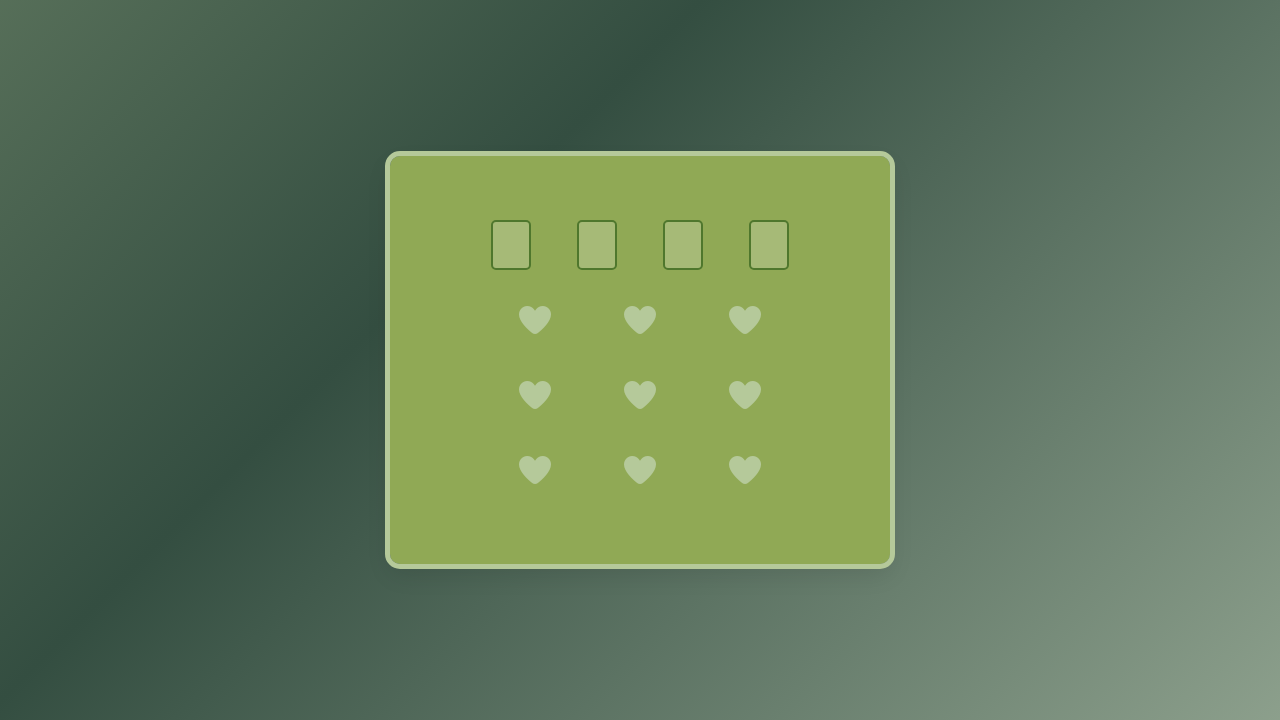
Repository: jahatesu/project-cutie
Page: index.html
An editor plug-in stored every save of this project. The page is shown before and after the next save, followed by the edit.
The browser window is 1280 px wide. The pictures show the whole page.
Some web libraries are served in a nearby version.

Above is the page before, as saved 2025-08-14 21:21:51.
Console error: TypeError: Cannot read properties of null (reading 'getBoundingClientRect')

After the next save:
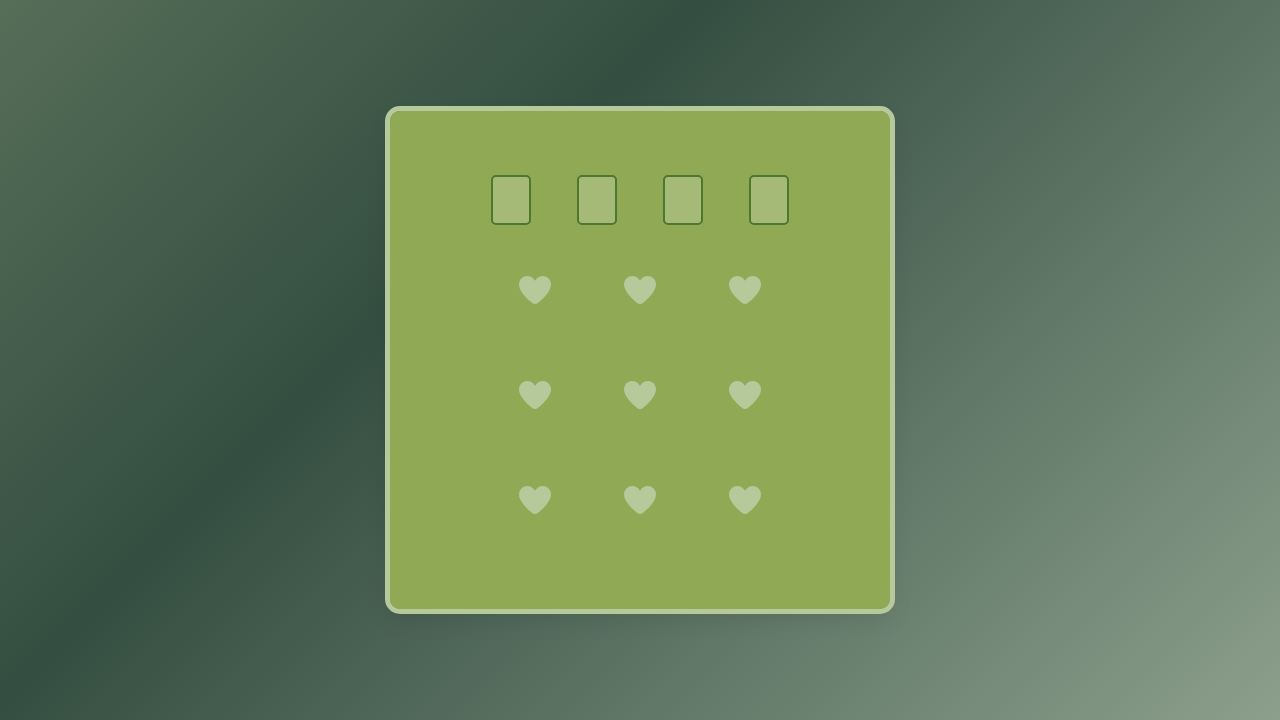
Saved 5 s later.
--- a/style.css
+++ b/style.css
@@ -85,7 +85,7 @@
 .heart-pad button {
   position: relative;
   width: 90px;
-  height: 60px;
+  height: 90px;
   background: none;        /* remove default button background */
   border: none;
   cursor: pointer;

After the save that followed:
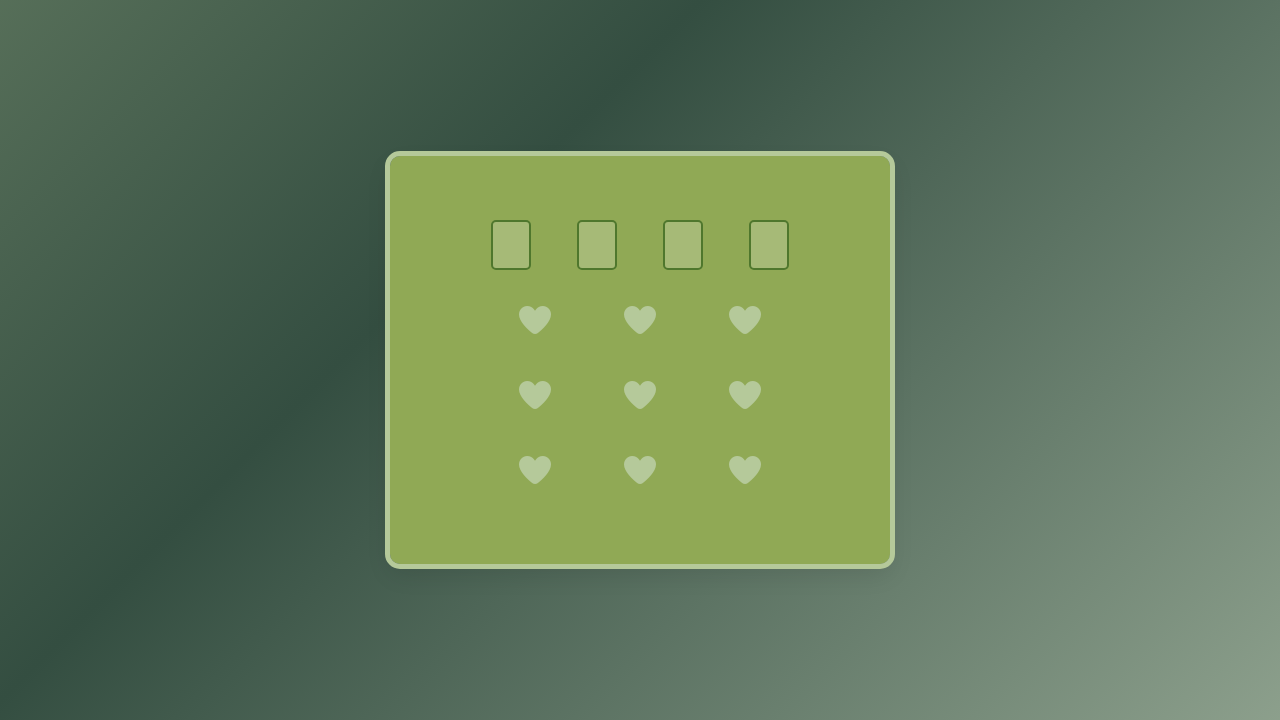
Saved 6 s later.
--- a/style.css
+++ b/style.css
@@ -84,8 +84,8 @@
 
 .heart-pad button {
   position: relative;
-  width: 90px;
-  height: 90px;
+  width: 60px;
+  height: 60px;
   background: none;        /* remove default button background */
   border: none;
   cursor: pointer;
